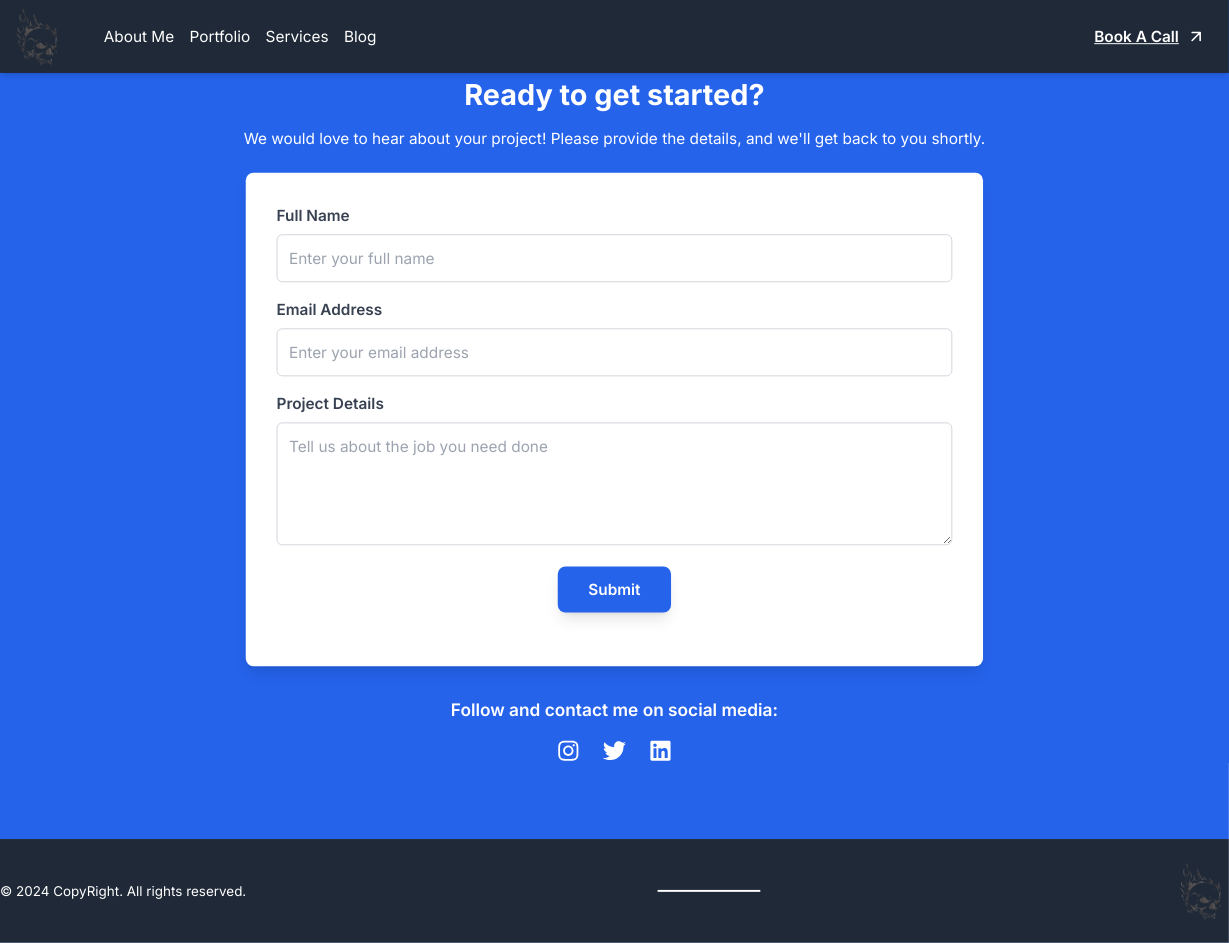
Repository: TheSecretlifeOfX/landing1
Page: /CallToAction
These files come from the project's save history. The page is drawn as it stood at one moment and after the next save; the edit follows.
The browser window is 1280 px wide. The pictures show the whole page, at 96% of full size.
The project was rebuilt for these pictures with package versions that can differ from the ones it lists, and the page was loaded fresh each time. The framework's server and built-in components were replaced by stand-ins that run in the browser. Also part of the build but not shown: next.config.js.

Above is the page before, as saved 2024-11-14 17:13:21.

After the next save:
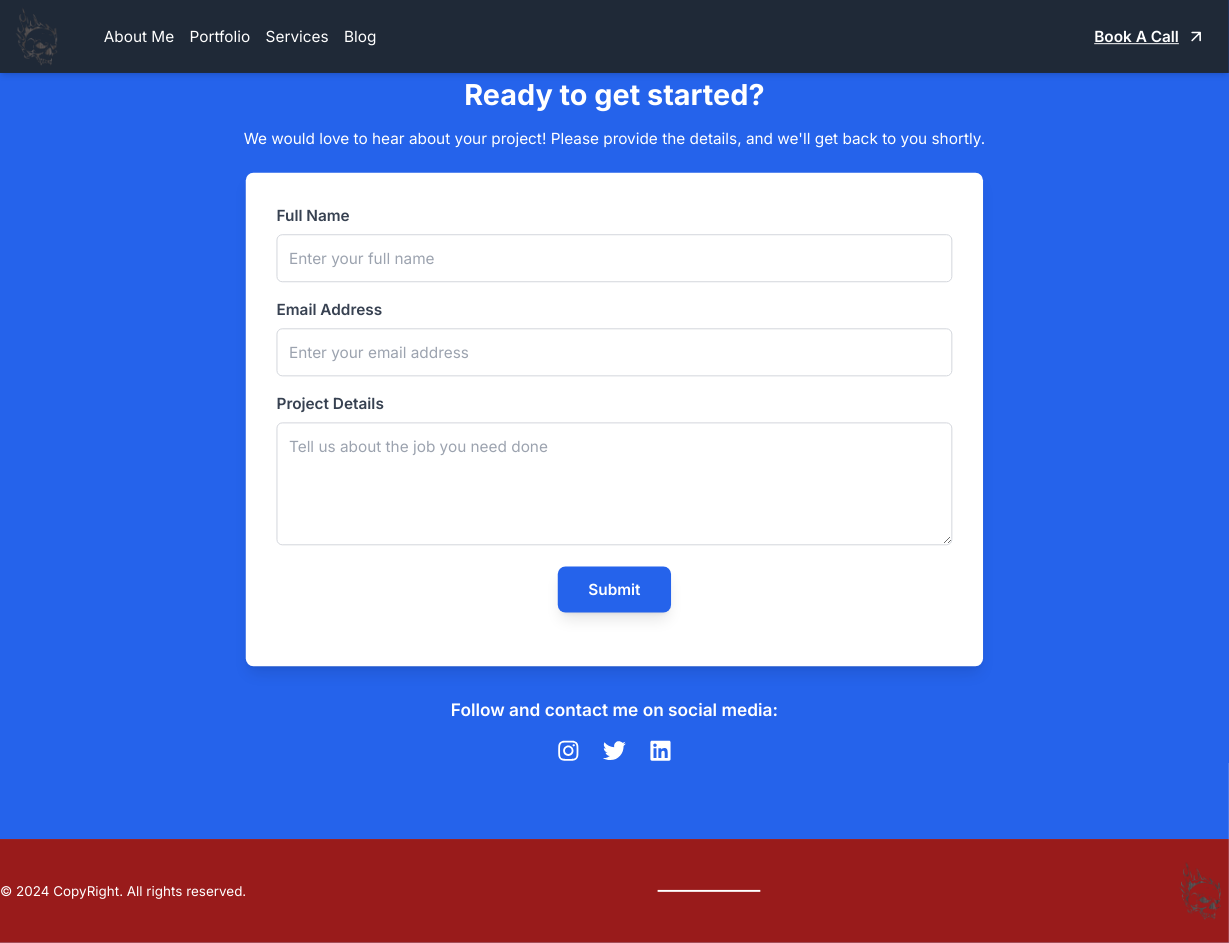
Saved 18 h 41 min later.
--- a/app/components/Footer.tsx
+++ b/app/components/Footer.tsx
@@ -3,7 +3,7 @@
 
 export default function Footer() {
   return (
-    <footer className="bg-gray-800 text-white py-6">
+    <footer className="bg-red-800 text-white py-6">
       <div className="container mx-auto flex justify-between items-center">
         {/* Copyright Notice on the Left */}
         <div className="text-sm">

After the save that followed:
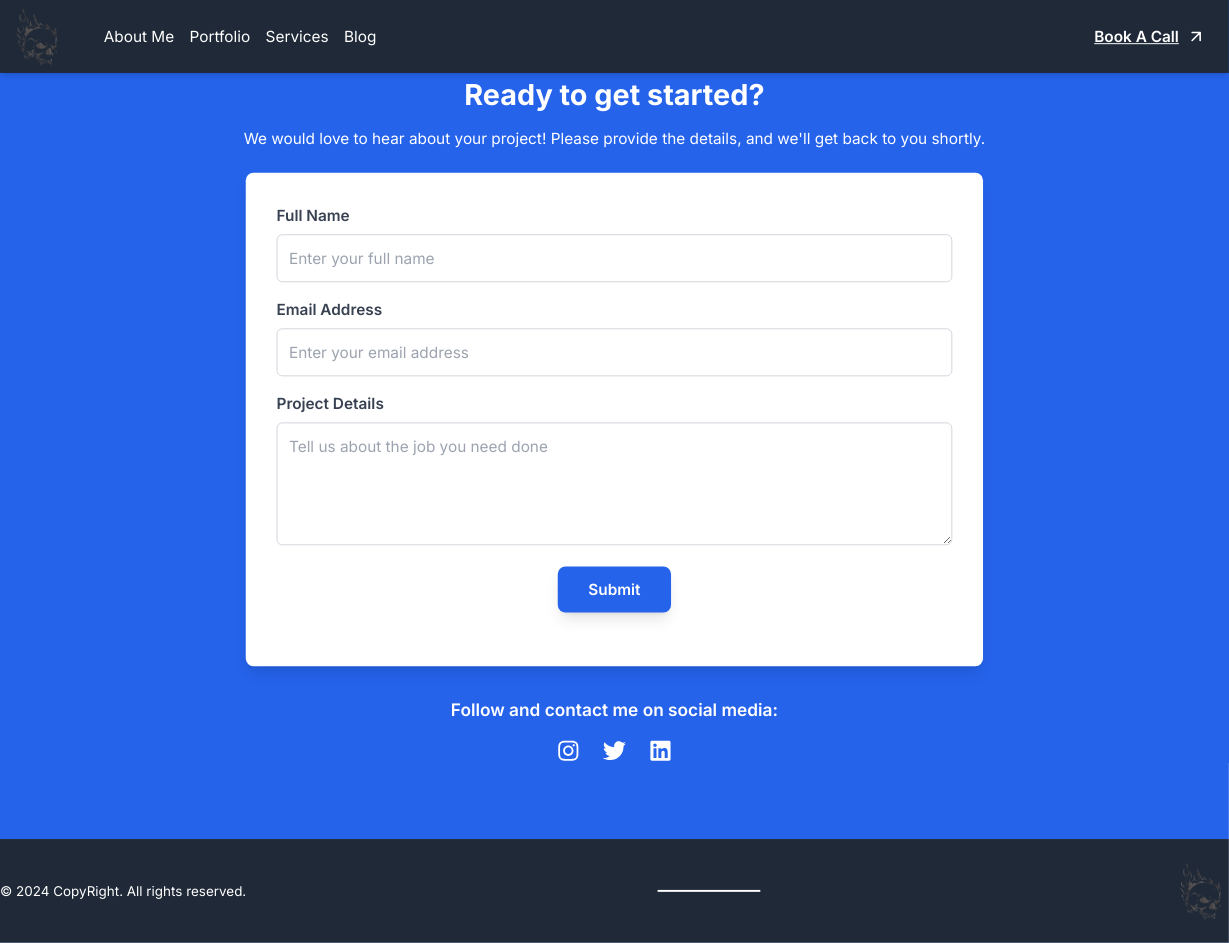
Saved 16 s later.
--- a/app/components/Footer.tsx
+++ b/app/components/Footer.tsx
@@ -3,7 +3,7 @@
 
 export default function Footer() {
   return (
-    <footer className="bg-red-800 text-white py-6">
+    <footer className="bg-gray-800 text-white py-6">
       <div className="container mx-auto flex justify-between items-center">
         {/* Copyright Notice on the Left */}
         <div className="text-sm">
